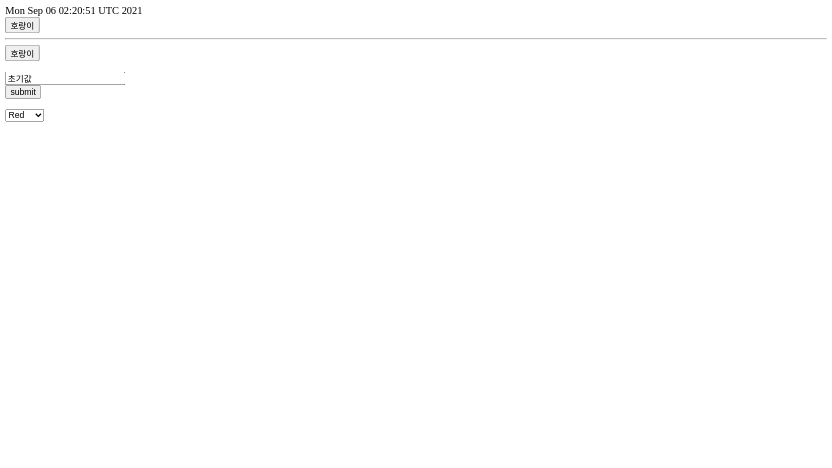
Repository: soobin10236/Class
Page: http://localhost/Web10/
These files come from the project's save history. The page is drawn as it stood at one moment and after the next save; the edit follows.
The browser window is 1280 px wide. The pictures show the whole page, at 65% of full size.
The page is served by Tomcat 9. Other server files are loaded and not shown.

Above is the page before, as saved 2021-09-08 02:46:36.

### Web10/src/main/webapp/index.jsp

<%@page import="java.util.Date"%>
<%@ page language="java" contentType="text/html; charset=EUC-KR"
	pageEncoding="EUC-KR"%>
<!DOCTYPE html>
<html>
<head>
<meta charset="EUC-KR">
<title>Insert title here</title>
</head>

<body>
	<%--

	<!-- ex) -->

	<% Date date = new Date(); %>
	<%= date %><br/>

	--%>

	<!-- ex8) html tag-->
	<% Date date = new Date(); %>
	<%= date %><br/>
	<button>호랑이</button>
	<hr/>
	<button>호랑이</button><p>
	<input type="text" value="초기값"/><br/>
	<input type="submit" value="submit"/><br/>
	<p>
	<select name ="color">
		<option value="red" selected>Red</option>
		<option value="blue">Blue</option>
		<option value="green">Green</option>
	</select>

	<%-- <!-- ex7) JSP for문-->
	<body bgcolor = <%="green" %>>
	<% Date date = new Date(); %>
	<%= date %>

	<%
		String[] name = {"호랑이","독수리","원숭이","코끼리"};
	%>

	<table border="1" width="200">
	<%for(int i = 0; i < name.length; i++){ %>
		<tr>
			<%
				int temp = i * 10;
			%>
			<td><%=temp %></td>
			<td><%=name[i] %></td>
		</tr>
	<%} %>
	</table> --%>

	<%-- <!-- ex6) 테이블 출력 -->
	<% Date date = new Date(); %>
	<%= date %>
	<table border="1" width="200">
		<tr>
			<td><%=1 %></td>
			<td><%="호랑이" %></td>
		</tr>
		<tr>
			<td><%=2 %></td>
			<td><%="코끼리" %></td>
		</tr>
		<tr>
			<td><%=3 %></td>
			<td><%="독수리" %></td>
		</tr>
	</table> --%>


	<%-- <!-- ex5) import -->
	<% //java.util.Date date = new java.util.Date(); %>

	<%//@ page import = "java.util.*" %>
	<% Date date = new Date(); %>
	<%= date %> --%>


	<%-- <!-- ex4) JSP 선언문(함수작성) -->
	<h1>호랑이</h1>
	<%!
		void f1(javax.servlet.jsp.JspWriter out){
			try{
			out.print("method call");
			} catch(Exception e){
				e.printStackTrace();
			}
		}

		int f2(){
			return 999;
		}
	%>
	<%
		f1(out);

	// 표현식에는 ; 들어가면 안됨!
	%>
	<br/>
	<%=f2() %> --%>


	<%-- <!-- ex3) JSP 표현식 -->
	<h1>호랑이</h1>
	<%
		int num = 0;
		String s = "호랑이";
	%>
	출력 1 : <%=num %><br/>
	출력 2 : <%=s %><br/>	 --%>

	<%-- <!-- ex2) JSP 출력-->
	<h1>호랑이</h1>
	<%
		int num = 0;
		String s = "호랑이";
		out.println(num + "<br/>");
		out.println(s);
	%> --%>




	<%-- <!-- ex1) JSP 기초 4가지 -->
	1번 스크립트 릿 -> 자바코드 작성
	<% %>

	2번 표현식 -> 웹페이지에 출력 용도
	<%= %>

	3번 선언문(함수 작성) -> 잘 쓰이지 않는다.
	<%! %>

	4번 주석 잡기 <%-- -->
	자바코드 안에서는 자바에서 처럼 주석 잡으면 됨 --%>

</body>

</html>

After the next save:
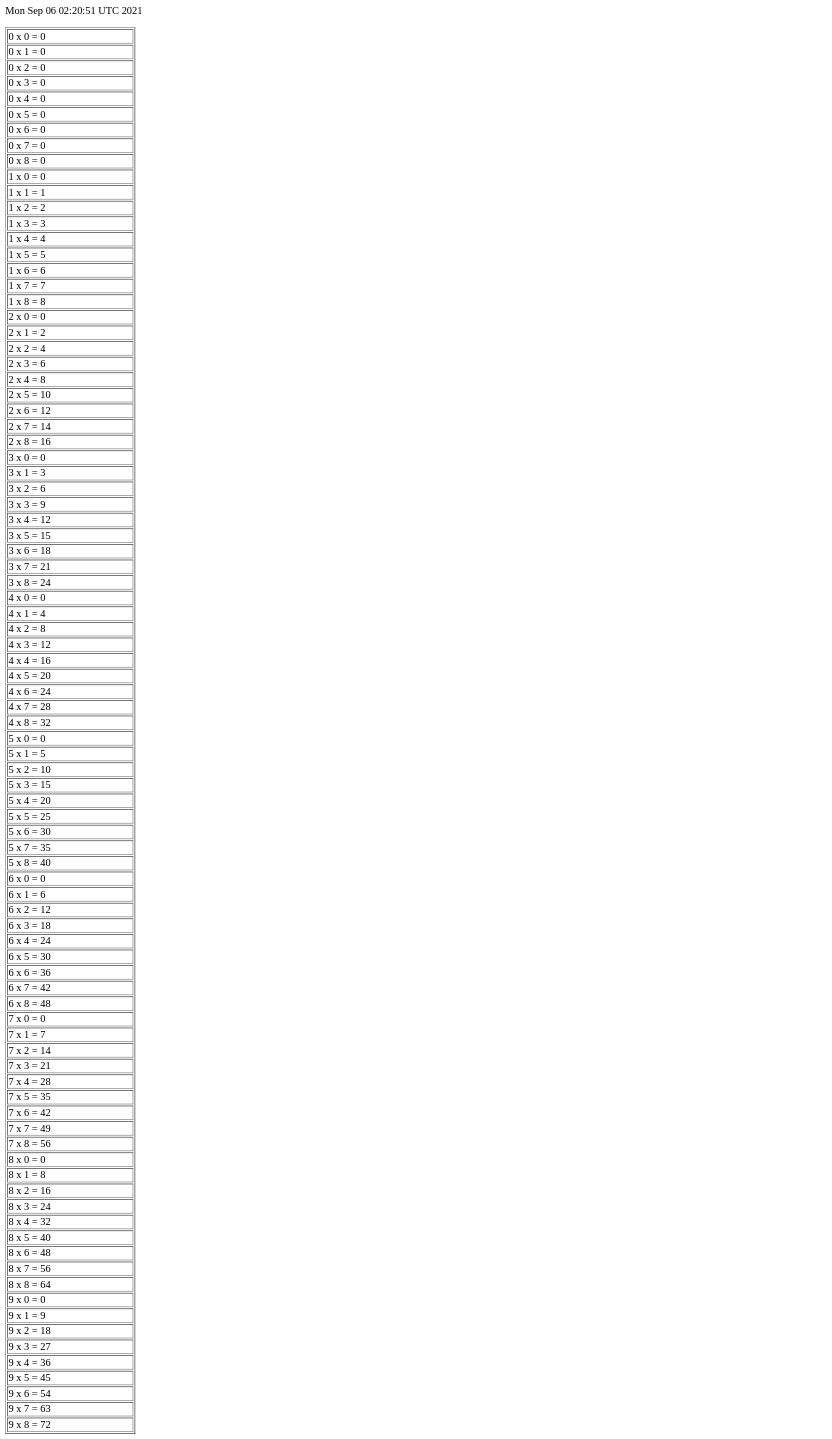
Saved 6 min 20 s later.
--- a/Web10/src/main/webapp/index.jsp
+++ b/Web10/src/main/webapp/index.jsp
@@ -19,7 +19,24 @@
 
 	--%>
 
-	<!-- ex8) html tag-->
+	<!-- ex9) 구구단 -->
+
+	<% Date date = new Date(); %>
+	<%= date %><p>
+	<table border="1" width="200">
+	<%
+	int sum = 0;
+	for(int i=0;i<10;i++){
+		for(int j=0;j<9;j++){
+	%>
+		<tr>
+			<td><%=i %> x <%=j %> = <%= i*j %></td>
+		</tr>
+	<%
+		}
+	} %>
+	</table>
+	<%-- <!-- ex8) html tag-->
 	<% Date date = new Date(); %>
 	<%= date %><br/>
 	<button>호랑이</button>
@@ -32,7 +49,7 @@
 		<option value="red" selected>Red</option>
 		<option value="blue">Blue</option>
 		<option value="green">Green</option>
-	</select>
+	</select> --%>
 
 	<%-- <!-- ex7) JSP for문-->
 	<body bgcolor = <%="green" %>>
